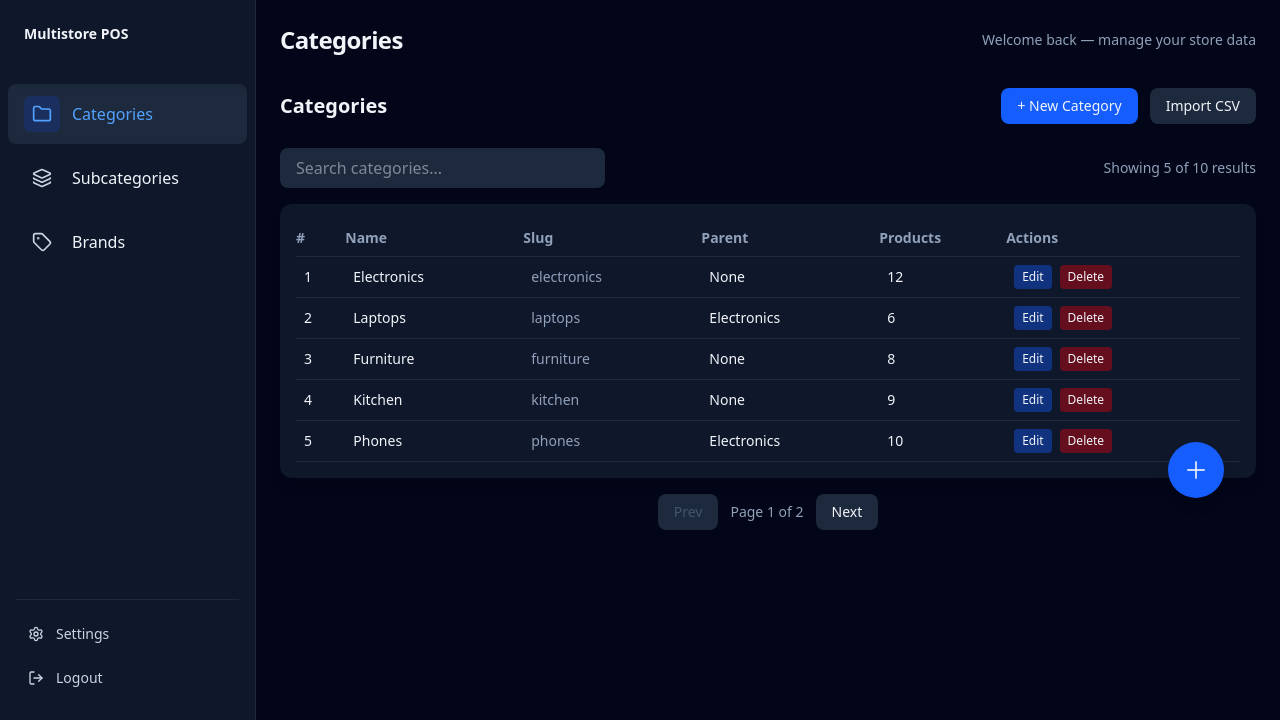
Repository: Ndegwa2/MulistorePOS
Page: /
These files come from the project's save history. The page is drawn as it stood at one moment and after the next save; the edit follows.
The browser window is 1280 px wide. The pictures show the whole page.
The project was rebuilt for these pictures with package versions that can differ from the ones it lists, and the page was loaded fresh each time. Also part of the build but not shown: vite.config.js, Frontend/EditModal.jsx, Frontend/DeleteConfirm.jsx, Frontend/subcategory.jsx, Frontend/brand.jsx.

Above is the page before, as saved 2025-10-03 09:51:05.

After the next save:
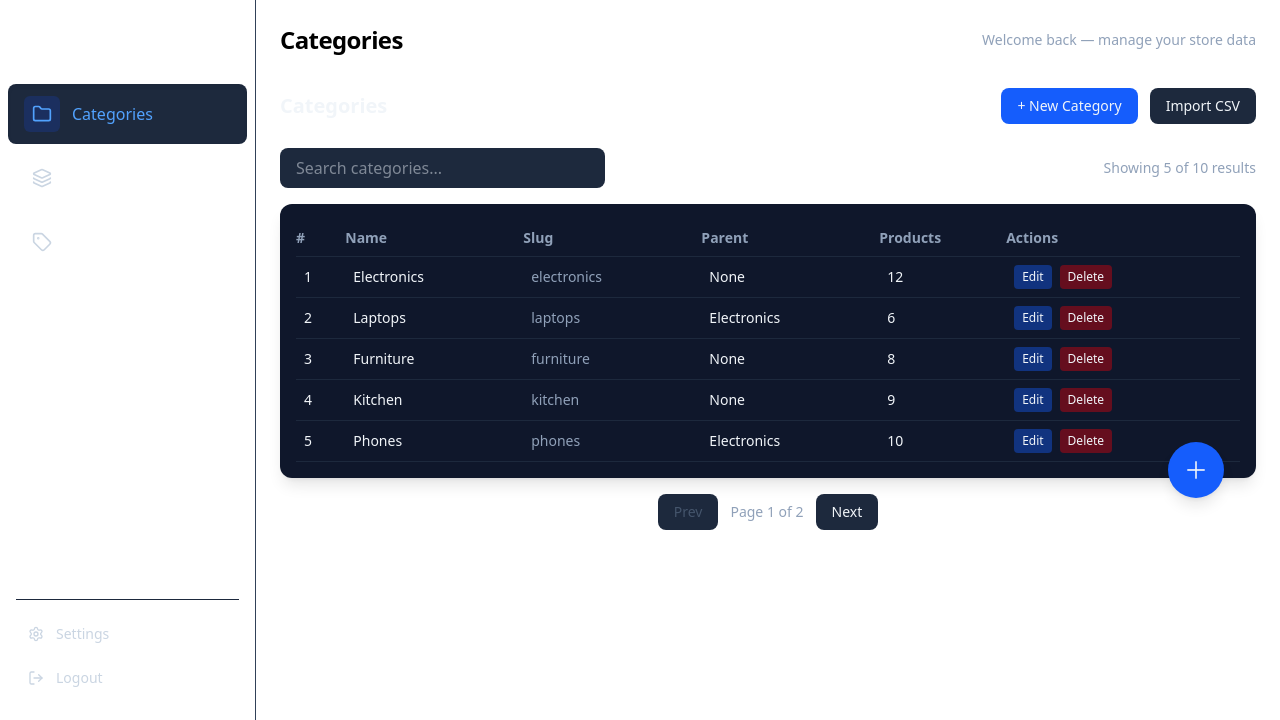
Saved 14 s later.
--- a/Frontend/dashboaord.jsx
+++ b/Frontend/dashboaord.jsx
@@ -23,10 +23,10 @@ export default function Dashboard() {
   }
 
   return (
-    <div className="min-h-screen bg-slate-950 text-slate-100 flex">
+    <div className="min-h-screen bg-secondary text-text flex">
       {/* Sidebar */}
       <aside
-        className="w-64 fixed left-0 top-0 h-screen bg-slate-900 border-r border-slate-800
+        className="w-64 fixed left-0 top-0 h-screen bg-primary text-white border-r border-slate-700
                    flex flex-col justify-between"
         aria-label="Sidebar"
       >
